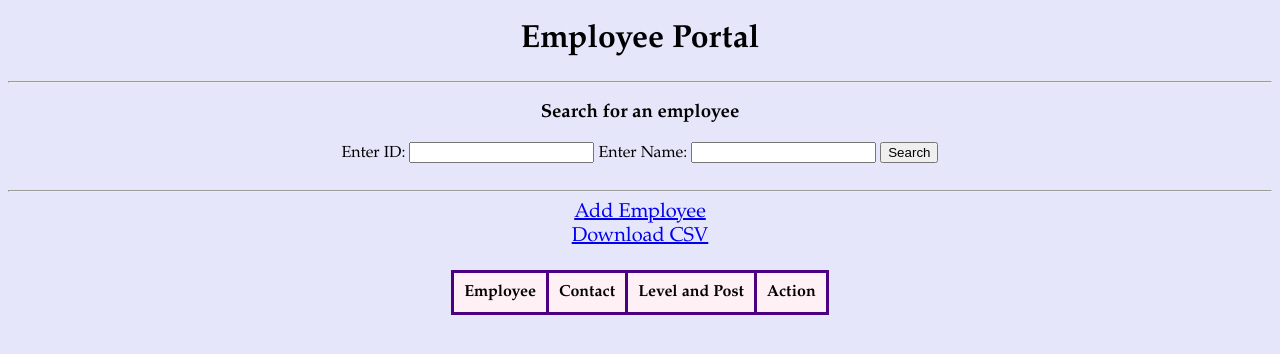
Repository: P9-Analyst-Java/employee-management-abhishekdatta12
Page: http://localhost/spring-expense-tracker/WEB-INF/views/home.jsp
These files come from the project's save history. The page is drawn as it stood at one moment and after the next save; the edit follows.
The browser window is 1280 px wide. The pictures show the whole page.
The page is served by Tomcat 10. Nobody is signed in. Other server files are loaded and not shown. The template is opened directly, without the code that normally fills it, so the values that code supplies are empty.

Above is the page before, as saved 2023-02-22 09:39:17.

### spring-portal/spring-expense-tracker/src/main/webapp/WEB-INF/views/home.jsp
<%@ page language="java" isELIgnored="false" contentType="text/html; charset=ISO-8859-1"
    pageEncoding="UTF-8"%>
<%@ taglib prefix="c" uri="http://java.sun.com/jsp/jstl/core"%>
<%@ taglib prefix="form" uri="http://www.springframework.org/tags/form" %>
<c:set var="contextRoot" value="${pageContext.request.contextPath}"/>
<!DOCTYPE html>
<html>
<head>
<style type="text/css">
body{
	font-family: garamond;
	font-size: 16px;
	text-align: center;
	background-color: lavender;
}
div{
	margin-left: auto;
  	margin-right: auto;
  	width: 200px;
  	align-items: center;
  	font-size: 20px;

}
table, th, td{
	text-align: center;
	border: 3px solid indigo;
	border-collapse: collapse;
	padding: 3px;
	margin: 3px;
}
table{
	margin-left: auto;
  	margin-right: auto;
  	background-color: lavenderblush;
}
td{
text-align: center;
background-color: lightcyan;
}
th, td{
	padding: 10px;
}
</style>
<meta charset="ISO-8859-1">
<title>Home</title>
</head>
<body>

	<h1>Employee Portal</h1>
	<hr/>
	<h3>Search for an employee</h3>

	<form action="${contextRoot}/search" method="post">
	Enter ID: <input  name="id"/>
	Enter Name: <input name="name"/>
	<button type="submit">Search</button>
	</form>
	<br>
	<hr/>
	<div>
	<a href="${contextRoot}/employee">Add Employee</a>
	<br>
	<a href="${contextRoot}/exportUsers">Download CSV</a>
	</div>
	<br>
	<table>
	<tr>
	<th>Employee</th>
	<th>Contact</th>
	<th>Level and Post</th>
	<th>Action</th>
	<!-- <th>Last Name</th>
	<th>Gender</th>
	<th>Date Of Birth</th>
	<th>PAN Card Number</th>
	<th>Aadhaar Number</th>
	<th>Mobile Number</th>
	<th>Email ID</th>
	<th>Office Mail</th>
	<th>Permanent Address</th>
	<th>Present Address</th>
	<th>Blood Group</th>
	<th>Profile Picture</th>
	<th>Date of Joining</th>
	<th>Employee Level</th>
	<th>Post Name</th>
	<th>Basic Pay</th>
	<th>House Allowance</th>
	<th>Edit</th>
	<th>Delete</th>-->
	</tr>
	<c:forEach var="employee" items="${employees}">
		<tr>
			<td>${employee.firstName}&nbsp;${employee.lastName}<br/>#${employee.id}</td>

			<td>${employee.mobileNum}<br/>${employee.emailId}</td>

			<td>${employee.empLevel}/<br/>${employee.postName}</td>

			<td><a href="${contextRoot}/history/${employee.id}">Employments</a>/<a href="${contextRoot}/employee/${employee.id}">Edit</a>/<a href="${contextRoot}/${employee.id}">Delete</a></td>
			<!-- <td>${employee.id}</td>
			<td>${employee.firstName}</td>
			<td>${employee.lastName}</td>
			<td>${employee.gender}</td>
			<td>${employee.dob}</td>
			<td>${employee.panNum}</td>
			<td>${employee.aadhaarNum}</td>
			<td>${employee.mobileNum}</td>
			<td>${employee.emailId}</td>
			<td>${employee.officeMail}</td>
			<td>${employee.permanentAddress}</td>
			<td>${employee.presentAddress}</td>
			<td>${employee.bloodGroup}</td>
			<td>${employee.profilePict}</td>
			<td>${employee.doj}</td>
			<td>${employee.empLevel}</td>
			<td>${employee.postName}</td>
			<td>${employee.basicPay}</td>
			<td>${employee.houseAllowance}</td>
			<td><a href="${contextRoot}/employee/${employee.id}">Edit</a></td>
			<td><a href="${contextRoot}/${employee.id}">Delete</a></td>-->
		</tr>
	</c:forEach>
	</table>

</body>
</html>

After the next save:
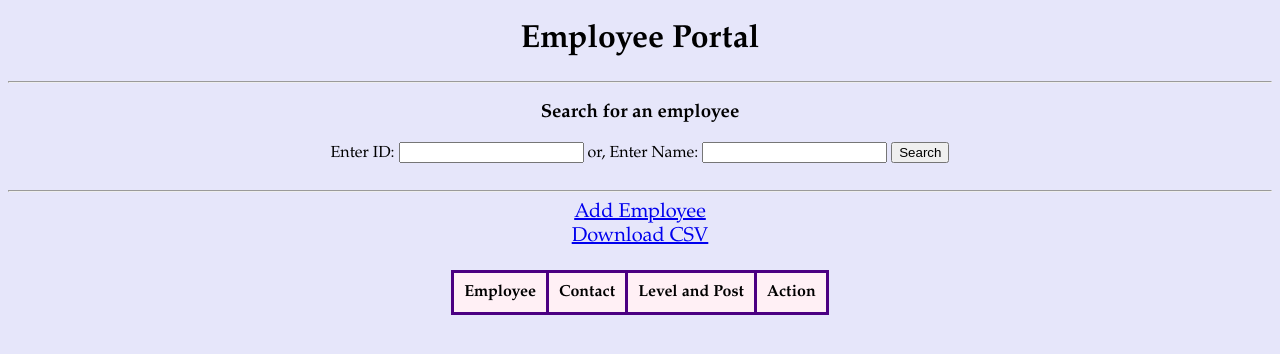
Saved 18 min 12 s later.
--- a/spring-portal/spring-expense-tracker/src/main/webapp/WEB-INF/views/home.jsp
+++ b/spring-portal/spring-expense-tracker/src/main/webapp/WEB-INF/views/home.jsp
@@ -52,7 +52,7 @@ th, td{
 
 	<form action="${contextRoot}/search" method="post">
 	Enter ID: <input  name="id"/>
-	Enter Name: <input name="name"/>
+	or, Enter Name: <input name="name"/>
 	<button type="submit">Search</button>
 	</form>
 	<br>
